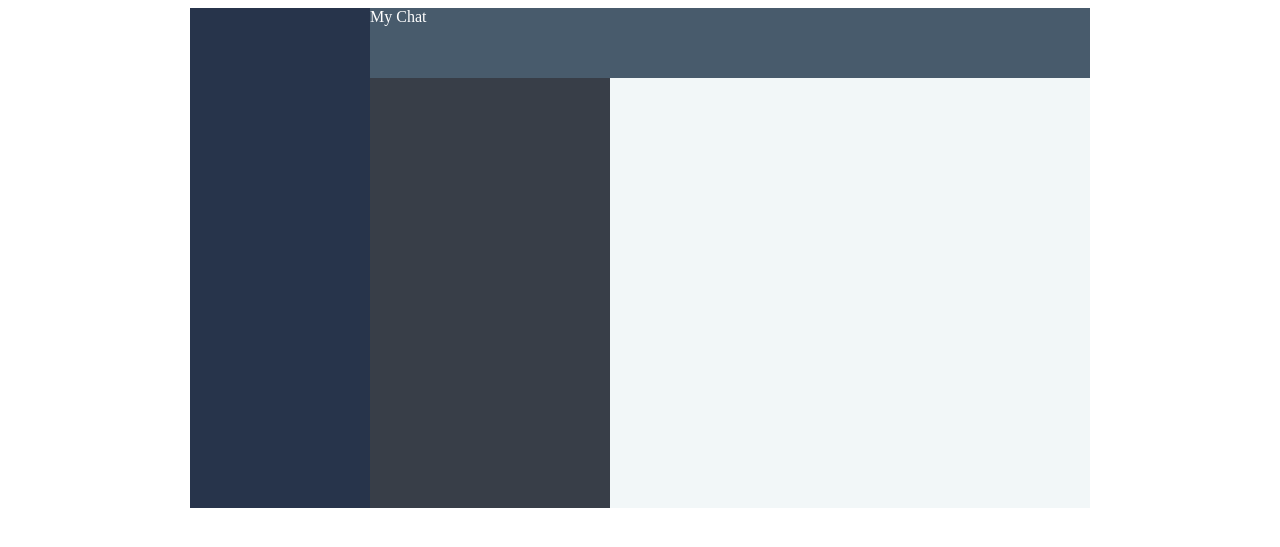
Repository: chathura226/SeekWork_Group_Project_I
Page: http://localhost/
The author's editor kept a copy of each file at every save. The page is drawn from the files as they stood at one save, then again after the next save.
The browser window is 1280 px wide. The pictures show the whole page.
The page is run by PHP 8.4 with error messages shown; the project is at /var/www/html/.

Above is the page before, as saved 2023-12-01 16:26:16.

After the next save:
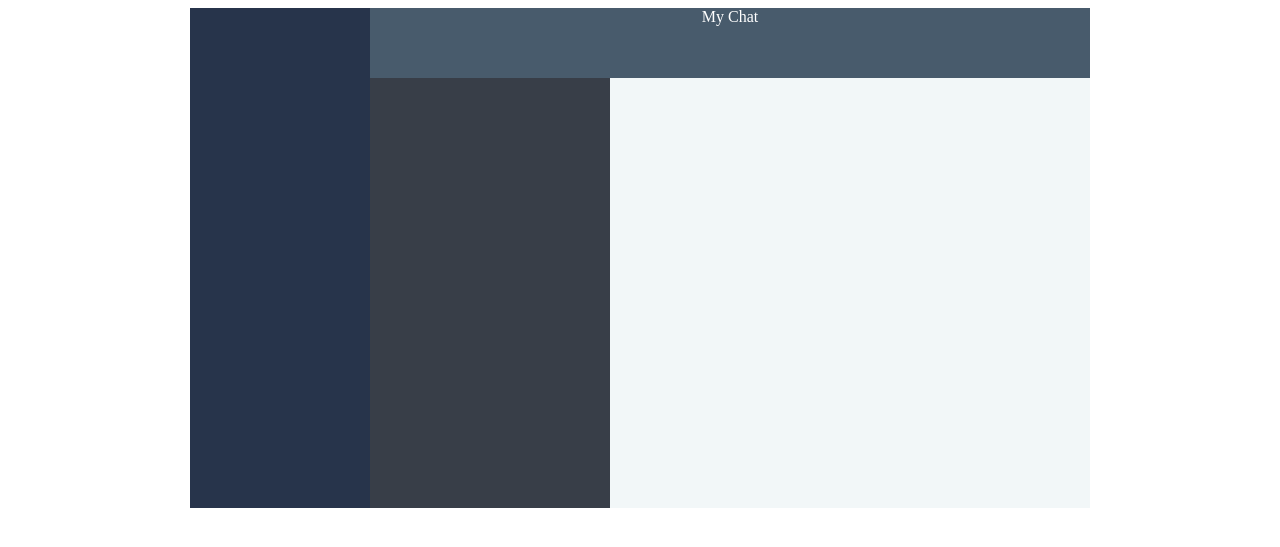
Saved 2 min 0 s later.
--- a/chat/index.php
+++ b/chat/index.php
@@ -33,6 +33,9 @@
         #header{
             background-color: #485b6c;
             height: 70px;
+            font-size:40;
+            text-align:center;
+
 
         }
 
